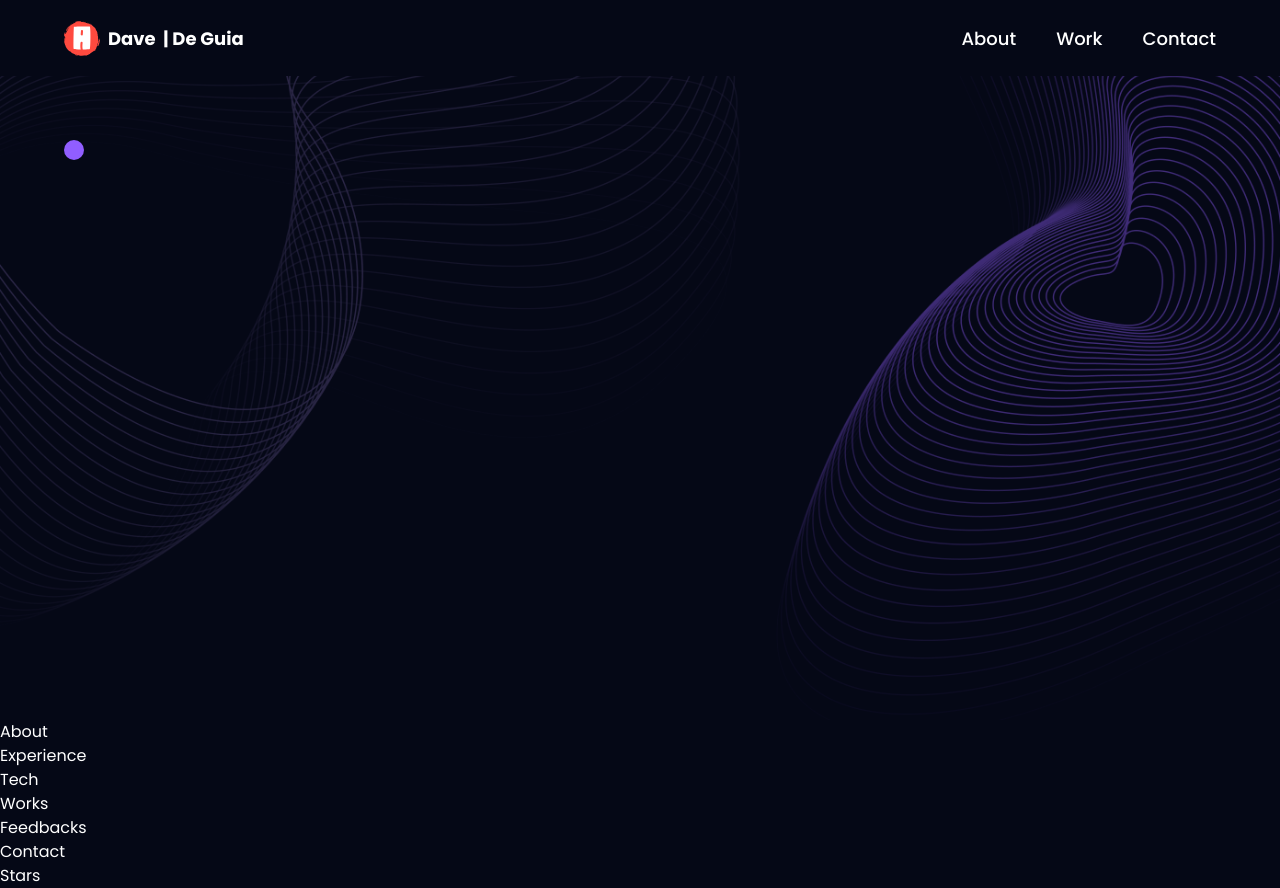
Repository: davedeguia/3d-portfolio
Page: /
These files come from the project's save history. The page is drawn as it stood at one moment and after the next save; the edit follows.
The browser window is 1280 px wide. The pictures show the whole page.
The project was rebuilt for these pictures with package versions that can differ from the ones it lists, and the page was loaded fresh each time. Also part of the build but not shown: vite.config.js, src/components/canvas/Earth.jsx, src/components/canvas/Ball.jsx, src/components/canvas/Computers.jsx.

Above is the page before, as saved 2023-03-04 16:56:01.

After the next save:
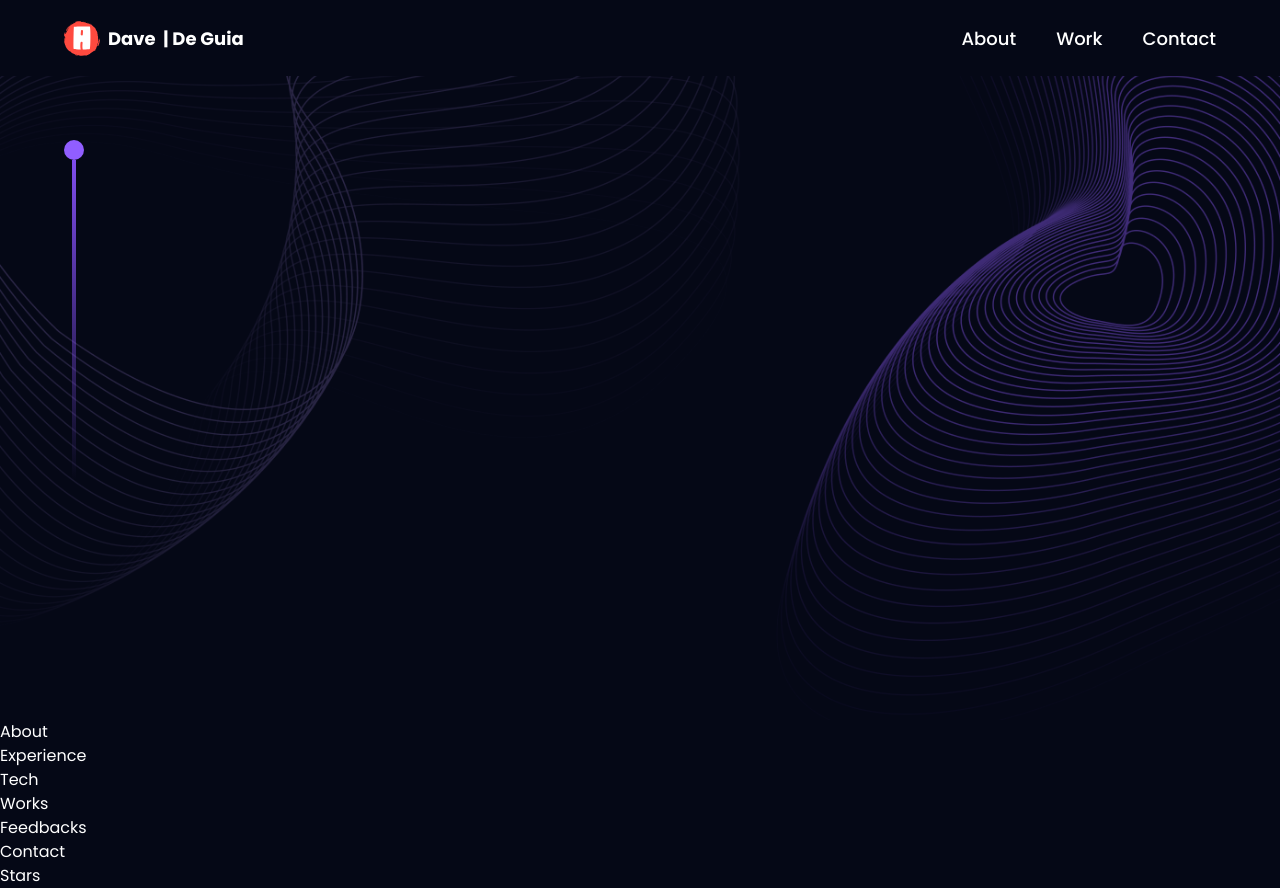
Saved 22 s later.
--- a/src/components/Hero.jsx
+++ b/src/components/Hero.jsx
@@ -11,7 +11,7 @@
       >
         <div className='flex flex-col justify-center items-center mt-5'>
           <div className='w-5 h-5 rounded-full bg-[#915eff]' />
-          <div className='' />
+          <div className='w-1 sm:h-80 h-40 violet-gradient' />
         </div>
       </div>
     </section>
